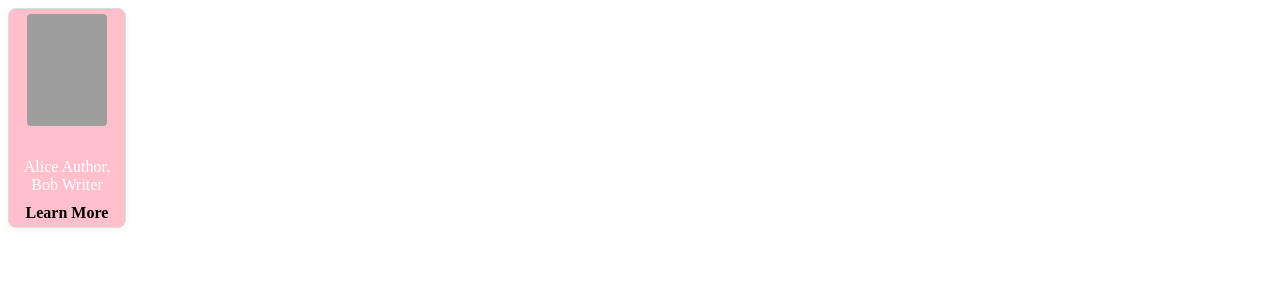
Repository: Micaelavalmores/BookCatalog
Page: /
These files come from the project's save history. The page is drawn as it stood at one moment and after the next save; the edit follows.
The browser window is 1280 px wide. The pictures show the whole page.
Pictures or frames that could not be fetched are drawn as grey boxes. The project was rebuilt for these pictures with package versions that can differ from the ones it lists, and the page was loaded fresh each time. Also part of the build but not shown: vite.config.js, src/index.css.

Above is the page before, as saved 2025-09-16 22:51:21.

### index.html
<!doctype html>
<html lang="en">
  <head>
    <meta charset="UTF-8" />
    <meta name="viewport" content="width=device-width, initial-scale=1.0" />
    <title>Book Catalog</title>
  </head>
  <body>
    <div id="root"></div>
    <script type="module" src="/src/main.jsx"></script>
  </body>
</html>

### src/main.jsx
import React from 'react';
import { createRoot } from 'react-dom/client';
import './index.css';
import Book from './assets/book.jsx';

const root = createRoot(document.getElementById("root"));

root.render(
  <React.StrictMode>
    <Book
      image="https://img.freepik.com/free-vector/stack-colorful-books_1308-171744.jpg?semt=ais_incoming&w=740&q=80"
      authors="Alice Author, Bob Writer"
      link="https://example.com/book-info"
    />
  </React.StrictMode>
);

### src/assets/book.jsx

import React from "react";
import "./book.css";

const book = ({ image, title, authors, link }) => (
  <div className="book-container">
    <img className="book-image" src={image} alt={title} />
    <div className="book-info">
      <h2 className="book-title">{title}</h2>
      <p className="book-authors">{authors}</p>
      <a className="book-link" href={link} target="_blank" rel="noopener noreferrer">
        Learn More
      </a>
    </div>
  </div>
);

export default book;

### src/assets/book.css
.book-container {
    max-width: 6em;
    border: 1px solid #ddd;
    border-radius: 8px;
    padding: 5px 10px;
    display: flex;
    flex-direction: column;
    align-items: center;
    background: #fff;
    box-shadow: 0 2px 8px rgba(0,0,0,0.05);
    background: pink;
  }

  .book-image {
    width: 5em;
    height: 7em;
    object-fit: cover;
    margin-bottom: 12px;
    border-radius: 4px;
  }

  .book-info {
    width: 100%;
    text-align: center;
  }


  .book-authors {
    color: #ffffff;
    margin-bottom: 10px;
  }

  .book-link {
    display: inline-block;
    color: #000000;
    text-decoration: none;
    font-weight: bold;
    transition: color 0.2s;
  }

  .book-link:hover {
    color: #0056b3;
  }

After the next save:
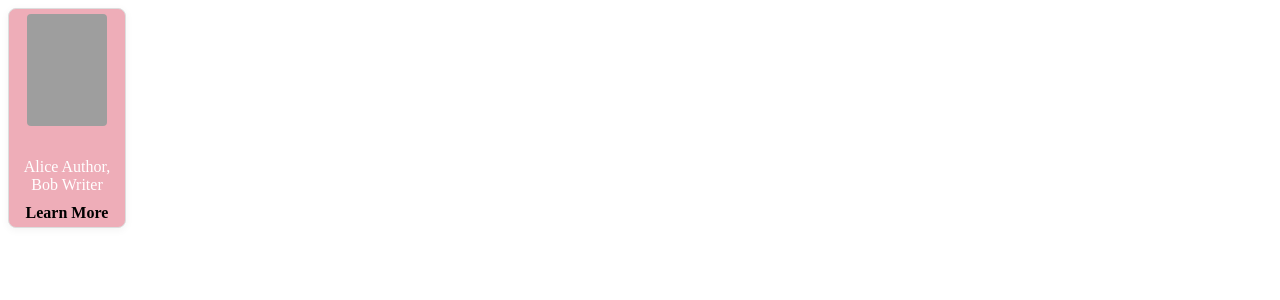
Saved 4 s later.
--- a/src/assets/book.css
+++ b/src/assets/book.css
@@ -8,7 +8,7 @@
     align-items: center;
     background: #fff;
     box-shadow: 0 2px 8px rgba(0,0,0,0.05);
-    background: pink;
+    background: rgb(238, 173, 184);
   }
 
   .book-image {
